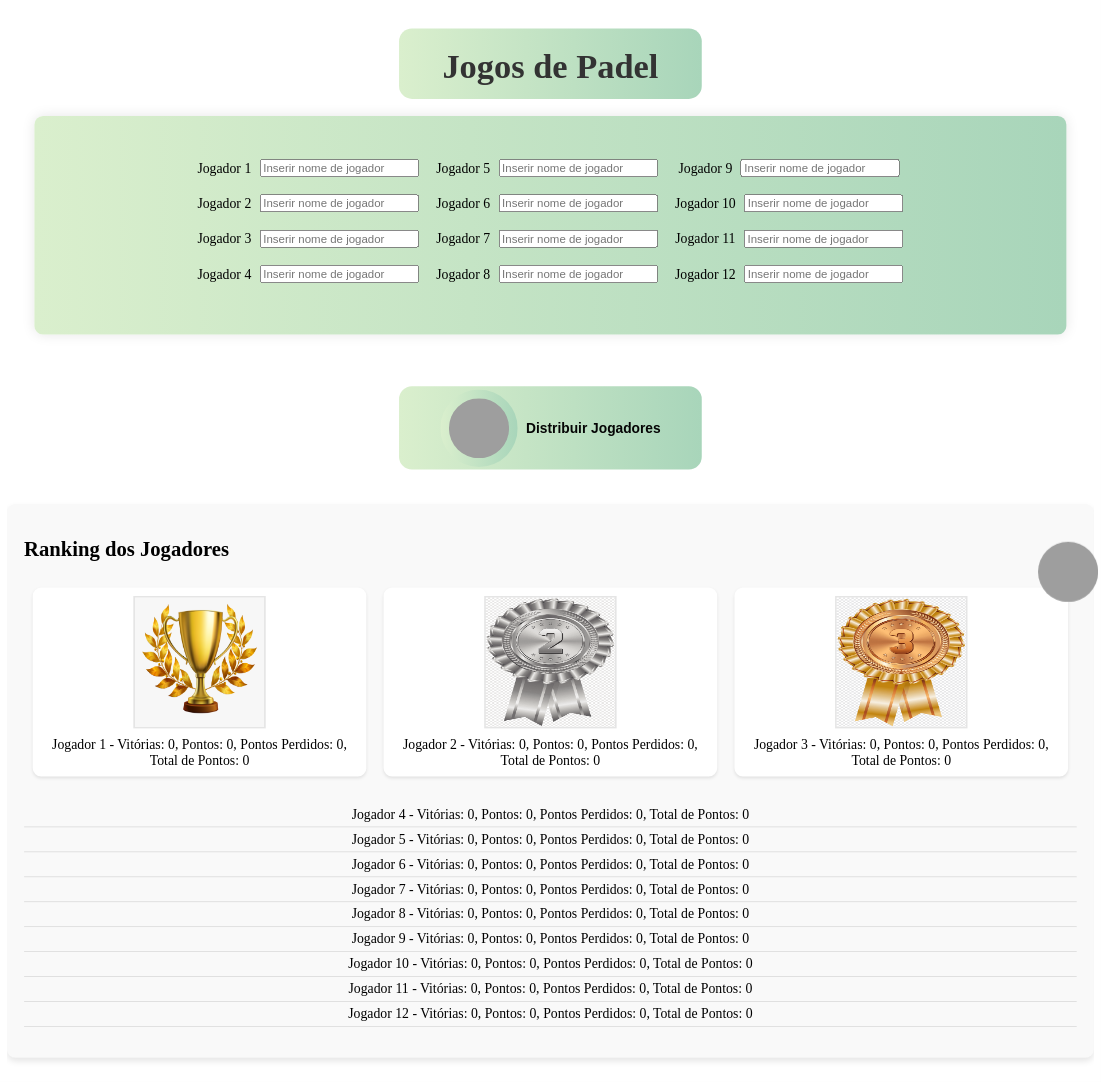
Repository: MarcioMiguel22/PadelMaster
Page: /calculadora
These files come from the project's save history. The page is drawn as it stood at one moment and after the next save; the edit follows.
The browser window is 1280 px wide. The pictures show the whole page, at 86% of full size.
Pictures or frames that could not be fetched are drawn as grey boxes. The project was rebuilt for these pictures with package versions that can differ from the ones it lists, and the page was loaded fresh each time. Also part of the build but not shown: vite.config.ts, src/pages/Home/Home.tsx, src/components/components_calculadora/TrocarJogadoresButton.module.css, src/components/components_calculadora/TrocarJogadoresButton.tsx, src/components/components_calculadora/Campo.tsx, src/components/components_calculadora/Jogo.tsx, src/components/components_calculadora/ExportButton.module.css, src/components/components_calculadora/ExportButton.tsx and 5 more.

Above is the page before, as saved 2024-06-20 10:29:20.

### src/main.tsx
///home/marciomiguel/code/MarcioMiguel22/Sites/PadelMaster/src/main.tsx
import { render } from 'react-dom';
import { StrictMode } from 'react';
import App from './App';
import './index.css';

const root = document.getElementById('root')!;
render(
  <StrictMode>
    <App />
  </StrictMode>,
  root
);

### src/App.tsx

///home/marciomiguel/code/MarcioMiguel22/Sites/PadelMaster/src/App.tsx

import { BrowserRouter, Routes, Route } from 'react-router-dom';
import Home from './pages/Home/Home';
import Calculadora from './pages/Calculadora/Calculadora';
import PlayerComponent from './pages/Player/playerComponent';
function App() {
  return (
    <BrowserRouter>
      <Routes>
        <Route path="/" element={<Home />} />
        <Route path="/calculadora" element={<Calculadora />} /> // Wrap Calculadora component with curly braces
        <Route path="/player-component" element={<PlayerComponent />} />
      </Routes>
    </BrowserRouter>
  );
}

export default App

### src/pages/Home/Home.module.css
.padelContainer {
  display: flex;
  flex-direction: column;
  align-items: center;
  justify-content: center;
  text-align: center;
  background-color: white;
  padding: 20px;
  border-radius: 10px;
  box-shadow: 0 0 10px rgba(0, 0, 0, 0.1);
  height: 100vh;
}

h1 {
  color: #333;
  margin-bottom: 20px;
}

.content {
  display: flex;
  flex-direction: column;
  align-items: center;
}

.padelImage {
  max-width: 50%; /* Increase this if necessary */
  width: auto;
  height: auto;
  border-radius: 10px;
  margin-bottom: 20px;
}

.enterButton {
  background-image: url('../../assets/images/tennis-ball.png'); /* Ensure the path is correct */
  background-size: cover;
  width: 60px;
  height: 60px;
  border: none;
  border-radius: 50%;
  cursor: pointer;
}

.enterButton:hover {
  transform: scale(2.0);
}

### src/components/components_calculadora/JogadoresLista.tsx
import React, { useRef, useEffect, useState } from 'react';
import JogadorItem, { InputRef } from './JogadorItem';
import { Jogador } from '../../utils/types/types';

interface JogadoresListaProps {
  jogadores: Jogador[];
  handleNomeChange: (id: number, novoNome: string) => void;
}

const JogadoresLista: React.FC<JogadoresListaProps> = ({ jogadores, handleNomeChange }) => {
  const [localJogadores, setLocalJogadores] = useState<Jogador[]>([]);
  const inputRefs = useRef<(InputRef | null)[]>([]);

  useEffect(() => {
    const storedJogadores = localStorage.getItem('jogadores');
    if (storedJogadores) {
      setLocalJogadores(JSON.parse(storedJogadores));
    } else {
      setLocalJogadores(jogadores);
    }
  }, [jogadores]);

  const focusNextInput = (index: number) => {
    if (index < inputRefs.current.length - 1) {
      inputRefs.current[index + 1]?.focus();
    }
  };

  const handleNomeChangeWithStorage = (id: number, novoNome: string) => {
    handleNomeChange(id, novoNome);
    const updatedJogadores = localJogadores.map(jogador =>
      jogador.id === id ? { ...jogador, nome: novoNome } : jogador
    );
    setLocalJogadores(updatedJogadores);
    localStorage.setItem('jogadores', JSON.stringify(updatedJogadores));
  };

  return (
    <div className="jogadores-lista">
      {Array.from({ length: 3 }, (_, i) => (
        <div className="jogadores-coluna" key={i}>
          {localJogadores.slice(i * 4, (i + 1) * 4).map((jogador, jIndex) => (
            <JogadorItem
              key={jogador.id}
              jogador={jogador}
              handleNomeChange={handleNomeChangeWithStorage}
              focusNextInput={() => focusNextInput(i * 4 + jIndex)}
              ref={(el) => (inputRefs.current[i * 4 + jIndex] = el)}
            />
          ))}
        </div>
      ))}
    </div>
  );
};

export default JogadoresLista;

### src/components/components_calculadora/Ranking.tsx
import React from 'react';
import ouro from '../../assets/images/ouro.png';
import prata from '../../assets/images/prata.png';
import bronze from '../../assets/images/bronze.png';
import styles from './Ranking.module.css';

interface Jogador {
  id: number;
  nome: string;
  vitorias: number;
  pontos: number;
  pontosPerdidos: number;
  totalPontos: number; // Adicione esta linha
}

interface RankingProps {
  jogadoresClassificados: Jogador[];
}

const Ranking: React.FC<RankingProps> = ({ jogadoresClassificados }) => {
  const top3 = jogadoresClassificados.slice(0, 3);
  const outrosJogadores = jogadoresClassificados.slice(3);

  const medalhas = [ouro, prata, bronze];

  return (
    <div className={styles.rankingContainer}>
      <h2>Ranking dos Jogadores</h2>
      <div className={styles.top3Container}>
        {top3.map((jogador, index) => (
          <div key={jogador.id} className={styles.top3Item}>
            <img src={medalhas[index]} alt={`Medalha de ${index + 1}`} className={styles.medalha} />
            {jogador.nome} - Vitórias: {jogador.vitorias}, Pontos: {jogador.pontos}, Pontos Perdidos: {jogador.pontosPerdidos}, Total de Pontos: {jogador.totalPontos}
          </div>
        ))}
      </div>
      <ul className={styles.outrosJogadores}>
        {outrosJogadores.map((jogador) => (
          <li key={jogador.id}>
            {jogador.nome} - Vitórias: {jogador.vitorias}, Pontos: {jogador.pontos}, Pontos Perdidos: {jogador.pontosPerdidos}, Total de Pontos: {jogador.totalPontos}
          </li>
        ))}
      </ul>
    </div>
  );
};

export default Ranking;

### src/components/components_calculadora/ScrollToTopButton.tsx
import React, { useState } from 'react';
import tennisBall from '../../assets/images/tennis-ball.png';
import styles from './ScrollToTopButton.module.css';

interface ScrollToTopButtonProps {
  refs: (React.RefObject<HTMLDivElement> | HTMLDivElement | null)[];
}

const ScrollToTopButton: React.FC<ScrollToTopButtonProps> = ({ refs }) => {
  const [animation, setAnimation] = useState<string>('');

  const handleScroll = () => {
    if (window.scrollY > 0) {
      setAnimation(styles.bounce);
      setTimeout(() => {
        window.scrollTo({ top: 0, behavior: 'smooth' });
        setAnimation('');
      }, 500);
    } else {
      setAnimation(styles.disappear);
      setTimeout(() => {
        refs.forEach((ref) => {
          if (ref && 'current' in ref) {
            ref.current?.scrollIntoView({ behavior: 'smooth' });
          } else if (ref) {
            (ref as HTMLDivElement).scrollIntoView({ behavior: 'smooth' });
          }
        });
        setAnimation('');
      }, 500);
    }
  };

  return (
    <button onClick={handleScroll} className={styles.scrollToTop}>
      <img src={tennisBall} alt="Tennis Ball" className={`${styles.tennisBall} ${animation}`} />
    </button>
  );
};

export default ScrollToTopButton;

### src/components/components_calculadora/DistributeButton.tsx
import React, { useState } from 'react';
import tennisBall from '../../assets/images/tennis-ball.png';
import styles from './DistributeButton.module.css'; // Importando o arquivo CSS Module

const DistributeButton: React.FC<{ onClick: () => void }> = ({ onClick }) => {
  // Estado para rastrear se a bola está girando
  const [isRotating, setIsRotating] = useState(false);

  // Função chamada ao clicar no botão
  const handleClick = () => {
    // Definindo estado de rotação como verdadeiro para iniciar a animação
    setIsRotating(true);

    // Após o tempo da animação (1 segundo), definir rotação como falso e chamar onClick
    setTimeout(() => {
      setIsRotating(false);
      // Chama a função onClick somente após a animação completar
      onClick();
    }, 1000); // Tempo da animação em milissegundos
  };

  return (
    <div className={styles.container}>
      <button onClick={handleClick} className={styles.distributeButton}>
        <img
          src={tennisBall}
          alt="Tennis Ball"
          // Adiciona a classe 'rotate' condicionalmente baseado no estado isRotating
          className={`${styles.tennisBall} ${isRotating ? styles.rotate : ''}`}
        />
        <span className={styles.label}>Distribuir Jogadores</span>
      </button>
    </div>
  );
};

export default DistributeButton;

### src/utils/playerUtils.ts
// src/utils/playerUtils.ts

import { Jogador } from '../utils/types/types';

export const handleNomeChange = (jogadores: Jogador[], id: number, novoNome: string): Jogador[] => {
  return jogadores.map(jogador =>
    jogador.id === id ? { ...jogador, nome: novoNome } : jogador
  );
};

export const selecionarJogador = (jogadoresSelecionados: Jogador[], jogador: Jogador): Jogador[] => {
  if (jogadoresSelecionados.includes(jogador)) {
    return jogadoresSelecionados.filter(j => j.id !== jogador.id);
  } else {
    if (jogadoresSelecionados.length < 2) {
      return [...jogadoresSelecionados, jogador];
    } else {
      return jogadoresSelecionados;
    }
  }
};

### src/utils/resultUtils.ts
// src/utils/resultUtils.ts

import { Campo as CampoType } from '../utils/types/types';

export const todosResultadosInseridos = (jogos: CampoType[][]): boolean => {
  return jogos.length > 0 && jogos.every(jogo =>
    jogo.every(campo =>
      campo.times.every(time =>
        typeof time.resultado === 'number'
      )
    )
  );
};

### src/components/components_calculadora/Titulo.tsx
// src/components/Titulo.tsx
import React from 'react';
import styles from './Titulo.module.css';

interface TituloProps {
  texto: string;
}

const Titulo: React.FC<TituloProps> = ({ texto }) => {
  return (
    <div className={styles.container}>
      <h1 className={styles.titulo}>{texto}</h1>
    </div>
  );
};

export default Titulo;

### src/components/components_calculadora/JogadorItem.tsx

import React, { useState, useEffect, useRef, forwardRef, useImperativeHandle } from 'react';
import { Jogador } from '../../utils/types/types'; // Importando o tipo Jogador

interface JogadorItemProps {
  jogador: Jogador;
  handleNomeChange: (id: number, novoNome: string) => void;
  focusNextInput: () => void;
}

export interface InputRef {
  focus: () => void;
}

const JogadorItem = forwardRef<InputRef, JogadorItemProps>(({ jogador, handleNomeChange, focusNextInput }, ref) => {
  const [nome, setNome] = useState('');
  const inputRef = useRef<HTMLInputElement>(null);

  useImperativeHandle(ref, () => ({
    focus: () => {
      inputRef.current?.focus();
    }
  }));

  useEffect(() => {
    // Set the initial value for the input
    setNome(jogador.nome === `Jogador ${jogador.id}` ? '' : jogador.nome);
  }, [jogador.nome, jogador.id]);

  const handleBlur = () => {
    if (nome.trim() === '') {
      handleNomeChange(jogador.id, `Jogador ${jogador.id}`);
      setNome('');
    } else {
      handleNomeChange(jogador.id, nome);
    }
  };

  const handleKeyDown = (e: React.KeyboardEvent) => {
    if (e.key === 'Enter') {
      focusNextInput();
    }
  };

  return (
    <div className="jogador-item">
      <label>{`Jogador ${jogador.id}`}</label>
      <input
        ref={inputRef}
        type="text"
        value={nome}
        onChange={(e) => setNome(e.target.value)}
        onBlur={handleBlur}
        onKeyDown={handleKeyDown}
        placeholder="Inserir nome de jogador"
      />
    </div>
  );
});

JogadorItem.displayName = "JogadorItem";

export default JogadorItem;

### src/components/components_calculadora/Ranking.module.css
/*src/components/components_calculadora/Ranking.module.css*/

.rankingContainer {
  padding: 20px;
  background-color: #f9f9f9;
  border-radius: 10px;
  box-shadow: 0 4px 8px rgba(0, 0, 0, 0.1);
}

.top3Container {
  display: flex;
  justify-content: space-around;
  margin-bottom: 20px;
  flex-wrap: wrap; /* Ensure items wrap in smaller screens */
}

.top3Item {
  display: flex;
  flex-direction: column;
  align-items: center;
  padding: 10px;
  background-color: #ffffff;
  border-radius: 10px;
  box-shadow: 0 2px 4px rgba(0, 0, 0, 0.1);
  text-align: center;
  margin: 10px; /* Added margin to ensure spacing between items */
  flex-basis: calc(33.33% - 20px); /* Ensure items take equal width, minus margins */
  box-sizing: border-box; /* Ensure padding is included in the element's width */
}

.medalha {
  width: 150px;
  height: 150px;
  margin-bottom: 10px;
  transition: transform 0.3s ease-in-out;
  object-fit: initial;
  background-color: transparent; /* Certifique-se de que o fundo é transparente */
  border: 2px solid rgba(0, 0, 0, 0.1); /* Adicione uma borda leve para verificar a transparência */
}


.medalha:hover {
  transform: scale(8);
  animation: pulse 1s infinite;
}

@keyframes pulse {
  0% {
    transform: scale(1.2);
  }
  50% {
    transform: scale(1.25);
  }
  100% {
    transform: scale(1.2);
  }
}

.outrosJogadores {
  list-style-type: none;
  padding: 0;
}

.outrosJogadores li {
  padding: 5px 0;
  border-bottom: 1px solid #ddd;
  text-align: center;
}

/* Media Queries for Smaller Screens */
@media screen and (max-width: 767px) {
  .top3Item {
    flex-basis: 25%; /* Two items per row on smaller screens */
  }
}

@media screen and (max-width: 479px) {
  .top3Item {
    flex-basis: 25%; /* One item per row on the smallest screens */
  }
}

### src/components/components_calculadora/ScrollToTopButton.module.css
.scrollToTop {
  position: fixed;
  bottom: 20px;
  left: 97%;
  transform: translateX(-50%);
  width: 70px;
  height: 70px;
  border: none;
  background: none;
  cursor: pointer;
  display: flex;
  align-items: center;
  justify-content: center;
  transition: transform 0.3s ease-in-out;
}

.tennisBall {
  width: 100%;
  height: 100%;
  position: absolute;
  border-radius: 50%;
}

@keyframes bounce {
  0%, 100% {
    transform: translateY(0);
  }
  50% {
    transform: translateY(-50px);
  }
}

@keyframes disappear {
  0% {
    opacity: 1;
    transform: translateY(0);
  }
  100% {
    opacity: 0;
    transform: translateY(50px);
  }
}

.bounce {
  animation: bounce 0.5s ease-in-out;
}

.disappear {
  animation: disappear 0.5s forwards;
}

### src/components/components_calculadora/DistributeButton.module.css
/* src/components/components_calculadora/DistributeButton.module.css */
.container {
  width: 350px;
  height: 95px;
  background: linear-gradient(to right, #daefcd, #a8d5ba);
  padding: 1px;
  border-radius: 15px;
  display: flex;
  justify-content: center;
  align-items: center;
  margin-top: 20px;
}

.distributeButton {
  position: relative;
  width: auto;
  height: 70px;
  border: none;
  background: none;
  cursor: pointer;
  display: flex;
  align-items: center;
  justify-content: center;
  flex-direction: row;
}

.tennisBall {
  width: 70px;
  height: 70px;
  background: linear-gradient(to right, #daefcd, #a8d5ba);
  border-radius: 50%;
  padding: 10px;
  transition: transform 1s ease-in-out; /* Adiciona uma transição suave */
}

.tennisBall.rotate {
  transform: rotate(360deg); /* Roda a bola em 360 graus */
}

.label {
  font-size: 16px;
  color: rgb(5, 5, 5);
  font-weight: bold;
  margin-left: 10px;
}

### src/utils/utils.ts
// src/utils/utils.ts

export const embaralharArray = <T,>(array: T[]): T[] => {
  const copiaArray = [...array];
  for (let i = copiaArray.length - 1; i > 0; i--) {
    const j = Math.floor(Math.random() * (i + 1));
    [copiaArray[i], copiaArray[j]] = [copiaArray[j], copiaArray[i]];
  }
  return copiaArray;
};

import { Jogador, Time, Campo as CampoType } from '../utils/types/types';

export const criarTimes = (jogadores: Jogador[]): Time[] => {
  const jogadoresEmbaralhados = embaralharArray(jogadores);
  const times: Time[] = [];
  for (let i = 0; i < jogadoresEmbaralhados.length; i += 2) {
    times.push({ jogadores: jogadoresEmbaralhados.slice(i, i + 2), resultado: 0 });
  }
  return times;
};

export const criarCampos = (times: Time[]): CampoType[] => [
  { id: 1, times: times.slice(0, 2) },
  { id: 2, times: times.slice(2, 4) },
  { id: 3, times: times.slice(4, 6) },
];

export const atualizarRanking = (jogadores: Jogador[], jogos: CampoType[][]) => {
  const jogadoresAtualizados = [...jogadores].map(jogador => {
    let vitorias = 0;
    let pontos = 0;
    let pontosPerdidos = 0;
    jogos.forEach(jogo => {
      jogo.forEach(campo => {
        campo.times.forEach(time => {
          if (time.jogadores.some(j => j.id === jogador.id)) {
            pontos += time.resultado;
            const oponente = campo.times[1 - campo.times.indexOf(time)];
            pontosPerdidos += oponente.resultado;
            if (time.resultado > oponente.resultado) {
              vitorias += 1;
            }
          }
        });
      });
    });
    const totalPontos = pontos - pontosPerdidos;
    return { ...jogador, vitorias, pontos, pontosPerdidos, totalPontos };
  });

  return jogadoresAtualizados.sort((a, b) => {
    if (b.totalPontos === a.totalPontos) {
      if (b.vitorias === a.vitorias) {
        return b.pontos - a.pontos;
      }
      return b.vitorias - a.vitorias;
    }
    return b.totalPontos - a.totalPontos; // Maior totalPontos classifica mais alto
  });
};

### src/components/components_calculadora/Titulo.module.css
/* src/components/Titulo.module.css */
.container {
  width: 350px;
  height: 80px;
  background: linear-gradient(to right, #daefcd, #a8d5ba);
  padding: 1px;
  border-radius: 15px;
  display: flex;
  justify-content: center;
  align-items: center;
  margin-top: 25px;
}

.titulo {
  font-size: 2.5em;
  text-align: center;
  color: #333;
}

Loaded but not shown: index.html (common file); src/pages/Calculadora/Calculadora.tsx (183 lines, source omitted); src/utils/gameLogic.ts (164 lines, source omitted); src/pages/Calculadora/Calculadora.css (279 lines, source omitted)

After the next save:
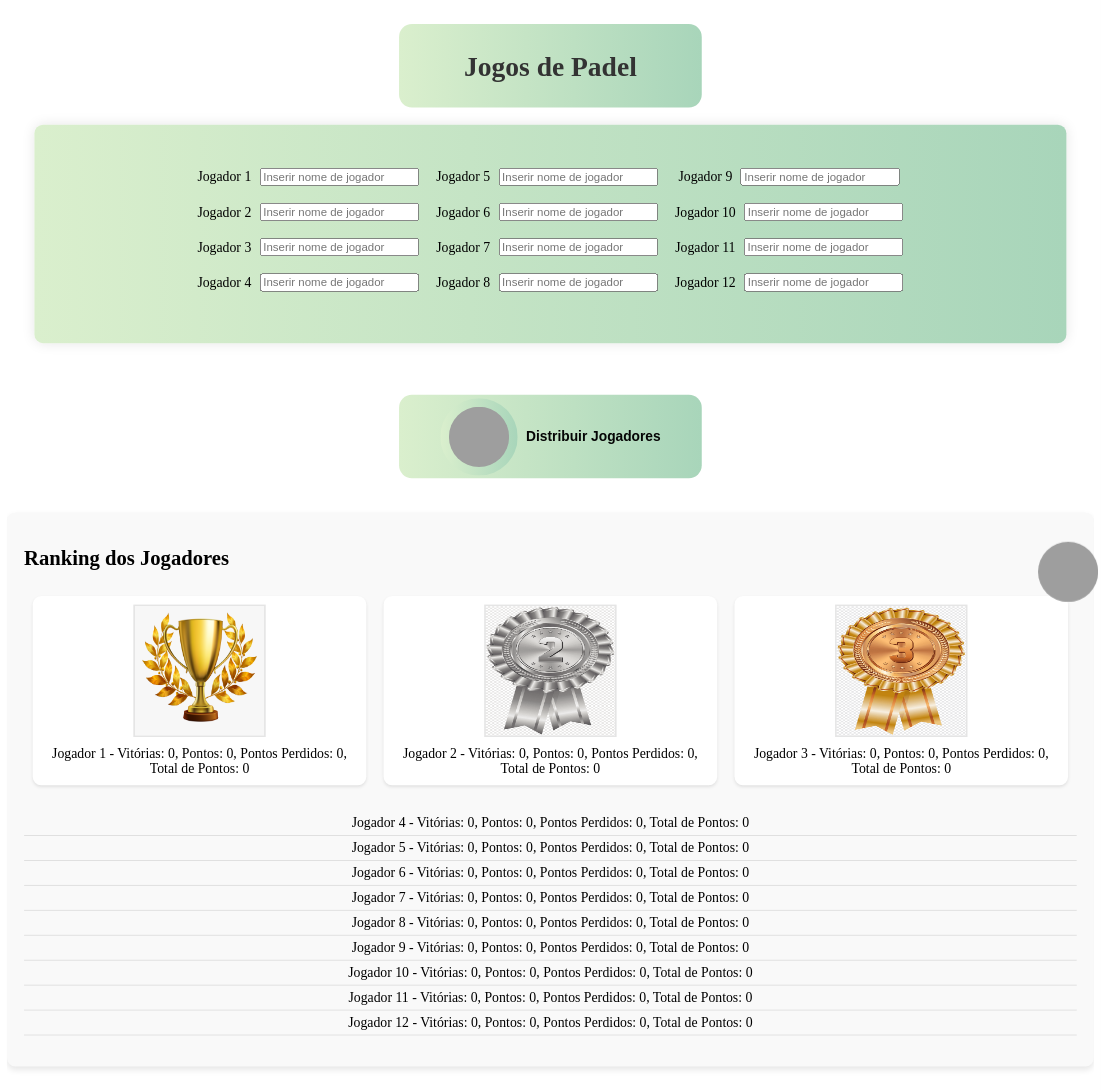
Saved 8 min 15 s later.
--- a/src/components/components_calculadora/Titulo.module.css
+++ b/src/components/components_calculadora/Titulo.module.css
@@ -1,18 +1,45 @@
-/* src/components/Titulo.module.css */
+/* src/components/components_calculadora/DistributeButton.module.css */
 .container {
   width: 350px;
-  height: 80px;
+  height: 95px;
   background: linear-gradient(to right, #daefcd, #a8d5ba);
   padding: 1px;
   border-radius: 15px;
   display: flex;
   justify-content: center;
   align-items: center;
-  margin-top: 25px;
+  margin-top: 20px;
 }
 
-.titulo {
-  font-size: 2.5em;
-  text-align: center;
-  color: #333;
+.distributeButton {
+  position: relative;
+  width: auto;
+  height: 70px;
+  border: none;
+  background: none;
+  cursor: pointer;
+  display: flex;
+  align-items: center;
+  justify-content: center;
+  flex-direction: row;
 }
+
+.tennisBall {
+  width: 70px;
+  height: 70px;
+  background: linear-gradient(to right, #daefcd, #a8d5ba);
+  border-radius: 50%;
+  padding: 10px;
+  transition: transform 1s ease-in-out; /* Adiciona uma transição suave */
+}
+
+.tennisBall.rotate {
+  transform: rotate(360deg); /* Roda a bola em 360 graus */
+}
+
+.label {
+  font-size: 16px;
+  color: rgb(5, 5, 5);
+  font-weight: bold;
+  margin-left: 10px;
+}
